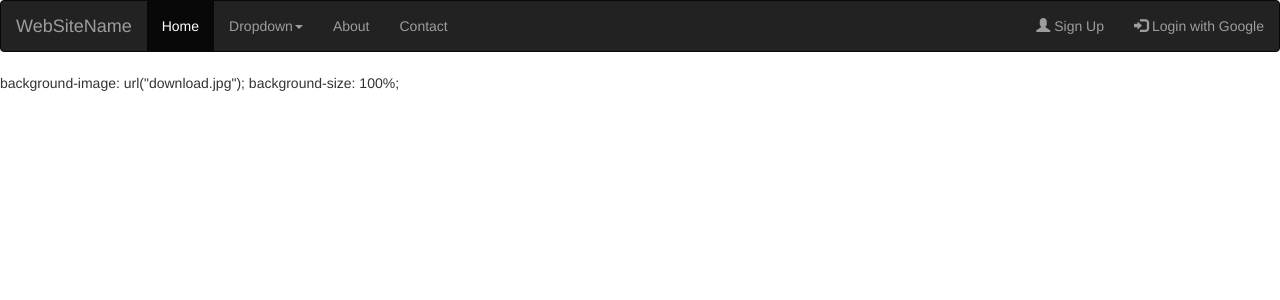
Repository: punithavathi/J2EEconcepts
Page: Bootstrap/war/index.html
These files come from the project's save history. The page is drawn as it stood at one moment and after the next save; the edit follows.
The browser window is 1280 px wide. The pictures show the whole page.
Some web libraries are served in a nearby version.

Above is the page before, as saved 2015-10-28 16:57:49.

### Bootstrap/war/index.html
<!DOCTYPE html>
<html lang="en">
<head>
  <title>Bootstrap Case</title>
  <meta charset="utf-8">
  <meta name="viewport" content="width=device-width, initial-scale=1">
  <link rel="stylesheet" href="http://maxcdn.bootstrapcdn.com/bootstrap/3.3.5/css/bootstrap.min.css">
  <script src="https://ajax.googleapis.com/ajax/libs/jquery/1.11.3/jquery.min.js"></script>
  <script src="http://maxcdn.bootstrapcdn.com/bootstrap/3.3.5/js/bootstrap.min.js"></script>
</head>

<body>

<nav class="navbar navbar-inverse">
  <div class="container-fluid">
    <div class="navbar-header">
      <a class="navbar-brand" href="#">WebSiteName</a>
    </div>
    <div>
      <ul class="nav navbar-nav">
        <li class="active"><a href="#">Home</a></li>
        <li class="dropdown"><a class="dropdown-toggle" data-toggle="dropdown" href="#">Dropdown<span class="caret"></span></a>
          <ul class="dropdown-menu">
            <li><a href="#">html</a></li>
            <li><a href="#">css</a></li>
            <li><a href="#">jquery</a></li>
          </ul>
        </li>
        <li><a href="#">About</a></li>
        <li><a href="#">Contact</a></li>
      </ul>
      <ul class="nav navbar-nav navbar-right">
        <li><a href="#"><span class="glyphicon glyphicon-user"></span> Sign Up</a></li>
        <li><a href="#"><span class="glyphicon glyphicon-log-in"></span> Login with Google</a></li>
      </ul>
    </div>
  </div>
</nav>
<div class="container">
 <div class="row">
  <div class="col-md-12 bgimage">
   <div class="bgimage-inside"></div>
  </div>
 </div>
</div>
<div class=".bgimage">
background-image: url("download.jpg");
background-size: 100%;
</div>

</body>
</html>

After the next save:
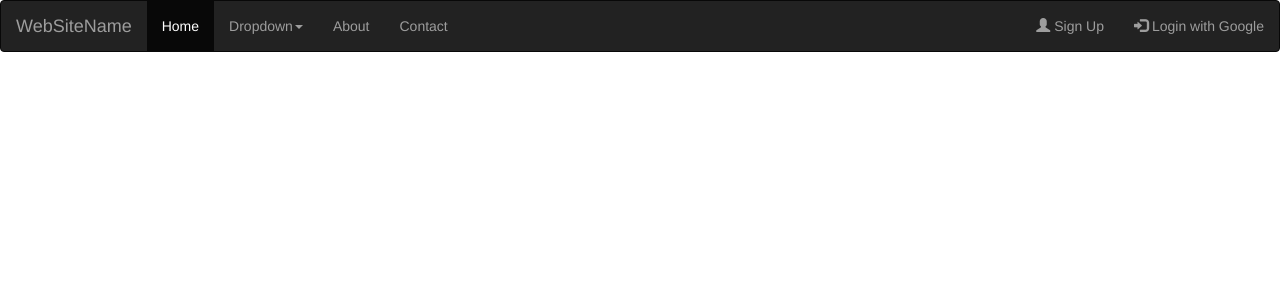
Saved 3 min 44 s later.
--- a/Bootstrap/war/index.html
+++ b/Bootstrap/war/index.html
@@ -8,6 +8,11 @@
   <script src="https://ajax.googleapis.com/ajax/libs/jquery/1.11.3/jquery.min.js"></script>
   <script src="http://maxcdn.bootstrapcdn.com/bootstrap/3.3.5/js/bootstrap.min.js"></script>
 </head>
+<style>
+.bgimage-inside
+background-image: url("download.jpg");
+background-size: 100%;
+</style>
 
 <body>
 
@@ -43,10 +48,8 @@
   </div>
  </div>
 </div>
-<div class=".bgimage">
-background-image: url("download.jpg");
-background-size: 100%;
-</div>
+
+
 
 </body>
 </html>
